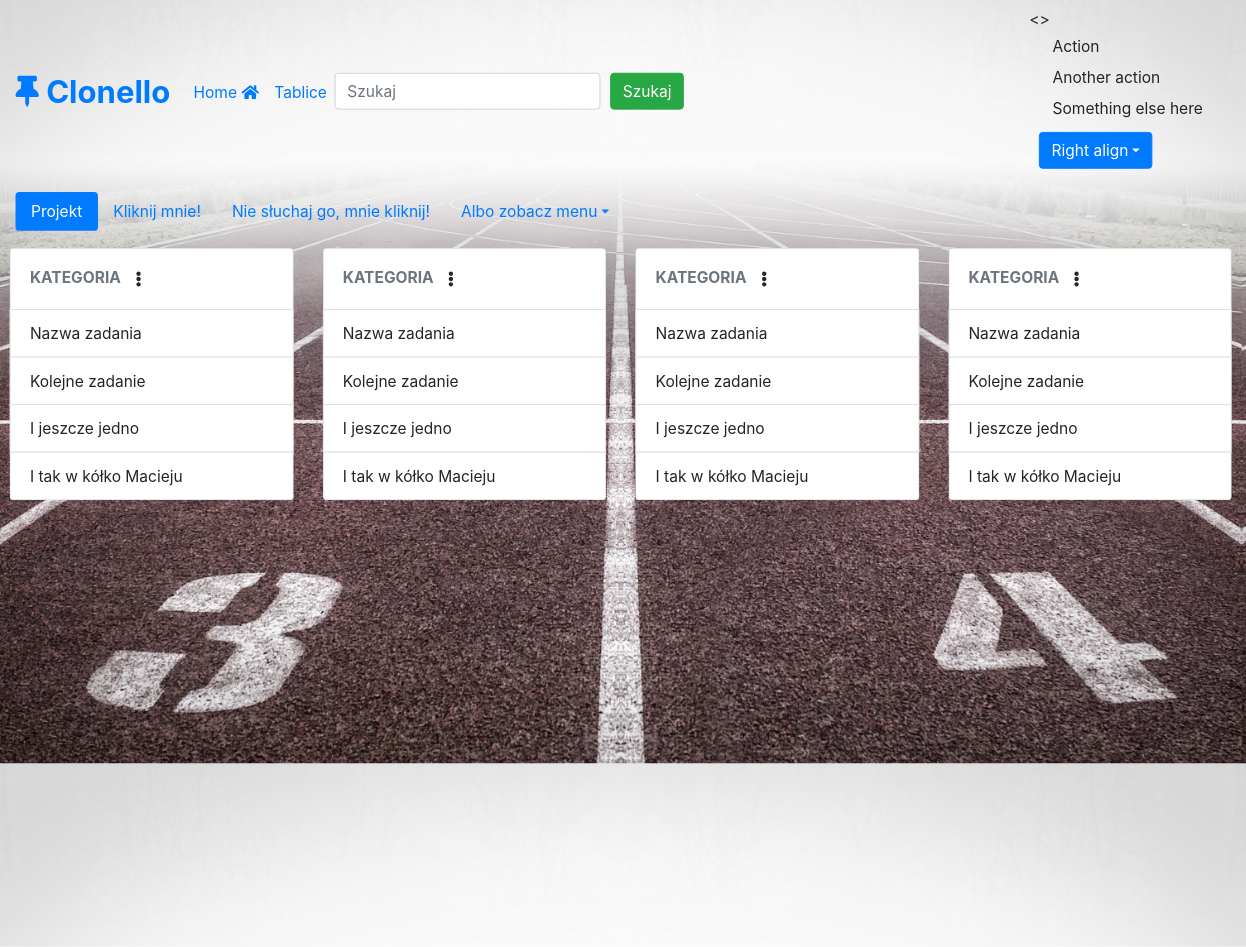
Repository: jnehlt/PAW-lab
Page: / (app in Frontend/clonello/)
The author's editor kept a copy of each file at every save. The page is drawn from the files as they stood at one save, then again after the next save.
The browser window is 1280 px wide. The page is 1285 px wide, so the pictures cover 1285 px, including what lies to the right of the window. The pictures show the whole page, at 97% of full size.
The project was rebuilt for these pictures with package versions that can differ from the ones it lists, and the page was loaded fresh each time.

Above is the page before, as saved 2020-04-24 22:51:16.

### Frontend/clonello/src/main.js
import "@babel/polyfill";
import "mutationobserver-shim";
import Vue from "vue";
import "./plugins/bootstrap-vue";
import App from "./App.vue";
import router from "./router";
import "@fortawesome/fontawesome-free/css/all.css";
import "@fortawesome/fontawesome-free/js/all.js";

Vue.config.productionTip = false;

new Vue({
  router,
  render: h => h(App)
}).$mount("#app");

### Frontend/clonello/src/App.vue
<template>
  <div id="app">
    <topheader></topheader>
    <projectheader></projectheader>

    <div class="row">
        <maincard></maincard>
        <maincard></maincard>
        <maincard></maincard>
        <maincard></maincard>
        <maincard></maincard>
        <maincard></maincard>
        <maincard></maincard>
        <maincard></maincard>
    </div>
    <router-view />
  </div>
</template>

<script>
import TopHeader from "@/components/TopHeader.vue";
import ProjectHeader from "@/components/ProjectHeader.vue";
import MainCard from "@/components/MainCard.vue";

export default {
  components: {
    "topheader": TopHeader,
    "projectheader": ProjectHeader,
    "maincard": MainCard
  }
};
</script>

<style lang="scss">

body {
    background-image: url("../src/assets/running-track-sn-3000x2001.jpg");
    background-size: cover;
    background-position: center;
}

.dropdown-header {
    font-size: larger;
    font-weight: bolder;
}

html, body {
    height: 100%;
}

.list-head {
    font-weight: bolder;
    text-transform: uppercase;
}

.btn {
    margin-left: 2px;
}


.row {
  display: flex;
  flex-wrap: nowrap;
  overflow-x: auto;
  margin-left: -5px;
  margin-right: -5px;
  margin-top: 10px;
  height: 100vh;
}

::-webkit-scrollbar {
  height: 4px;              /* height of horizontal scrollbar ← You're missing this */
  width: 4px;               /* width of vertical scrollbar */
  border: 1px solid #d5d5d5;
  margin-left: -5px;
  margin-right: -5px;
}


</style>

### Frontend/clonello/src/components/TopHeader.vue
<template>
  <div>
    <nav class="navbar navbar-expand-lg">
      <a class="navbar-brand" href="#"><i class="fas fa-thumbtack"></i> Clonello</a>
      <button class="navbar-toggler navbar-dark" type="button" data-toggle="collapse" data-target="#navbarNav" aria-controls="navbarNav" aria-expanded="false" aria-label="Toggle navigation">
          <span class="navbar-toggler-icon"></span>
      </button>
      <div class="collapse navbar-collapse" id="navbarNav">
        <ul class="navbar-nav mr-auto">
          <li class="nav-item">
            <a class="nav-link" href="#">Home <i class="fas fa-home"></i></a>
          </li>
          <li class="nav-item">
            <a class="nav-link" href="#">Tablice</a>
          </li>
          <li class="nav-item">
            <form class="form-inline my-2 my-lg-0">
              <input class="form-control mr-sm-2" type="search" placeholder="Szukaj" aria-label="Search">
              <button class="btn btn-success my-2 my-sm-0" type="submit">Szukaj</button>
            </form>
          </li>
        </ul>
        <ul class="navbar-right navbar-nav">
          <li>
            <b-dropdown id="dropdown-right" right text="Dodaj" variant="success" class="m-2" <>
              <b-dropdown-item href="#">Action</b-dropdown-item>
              <b-dropdown-item href="#">Another action</b-dropdown-item>
              <b-dropdown-item href="#">Something else here</b-dropdown-item>
            </b-dropdown>
            <b-dropdown id="dropdown-right" right text="Right align" variant="primary" class="m-2">
              <b-dropdown-item href="#">Action</b-dropdown-item>
              <b-dropdown-item href="#">Another action</b-dropdown-item>
              <b-dropdown-item href="#">Something else here</b-dropdown-item>
            </b-dropdown>
          </li>
        </ul>
      </div>
    </nav>
  </div>
  <!-- class="btn btn-success" type="button" data-toggle="collapse" data-target="#collapseAdd" aria-expanded="false" aria-controls="collapseAdd">Dodaj <i class="fas fa-plus"></i>
            </button> -->
</template>

<script>



export default {

};
</script>

<!-- Add "scoped" attribute to limit CSS to this component only -->
<style scoped lang="scss">
.navbar-brand {
    font-weight: bolder;
    font-size: 2em;
}

.navbar {
    background-color: transparent;
}

.navbar-toggler {
    background-color: #4e555b;
}
</style>

### Frontend/clonello/src/components/ProjectHeader.vue
<template>
  <div>
      <div class="navbar navbar-expand-lg">
      <ul class="nav nav-pills nav-fill">
        <li class="nav-item">
          <a class="nav-link active" href="#">Projekt</a>
        </li>
        <li class="nav-item">
          <a class="nav-link" href="#">Kliknij mnie!</a>
        </li>
        <li class="nav-item">
          <a class="nav-link" href="#">Nie słuchaj go, mnie kliknij!</a>
        </li>
        <li class="nav-item dropdown">
          <a class="nav-link dropdown-toggle" data-toggle="dropdown" href="#" role="button" aria-haspopup="true" aria-expanded="false">Albo zobacz menu</a>
          <div class="dropdown-menu">
            <h5 class="dropdown-header">Menu</h5>
            <div class="dropdown-divider"></div>
            <a class="dropdown-item" href="#">No dobra</a>
            <a class="dropdown-item" href="#">Trochę zamieszania</a>
            <a class="dropdown-item" href="#">Dziwnie wyszło</a>
            <a class="dropdown-item" href="#">Ale klinkij tamte</a>
          </div>
        </li>
      </ul>
    </div>
  </div>
</template>

<script>
export default {

}
</script>

<style>
.navbar-brand {
    font-weight: bolder;
    font-size: 2em;
}

.navbar {
    background-color: transparent;
}

.navbar-toggler {
    background-color: #4e555b;
}
</style>

### Frontend/clonello/src/components/MainCard.vue
<template>
        <div class="col-3 col-md-3 col-sm-3">
            <ul class="list-group">
                <li class="list-group-item disabled list-head" aria-disabled="true">Kategoria<button class="btn btn-kropki"><i class="fas fa-ellipsis-v"></i></button></li>
                <li class="list-group-item">Nazwa zadania</li>
                <li class="list-group-item">Kolejne zadanie</li>
                <li class="list-group-item">I jeszcze jedno</li>
                <li class="list-group-item">I tak w kółko Macieju</li>
            </ul>
        </div>

</template>

<script>
export default {

}
</script>

<style>

</style>

### Frontend/clonello/src/views/Home.vue
<template>
  <div class="home"></div>
</template>

<script>
// @ is an alias to /src
export default {
  name: "Home",
  components: {}
};
</script>

Loaded but not shown: Frontend/clonello/public/index.html (common file); Frontend/clonello/src/plugins/bootstrap-vue.js (common file); Frontend/clonello/src/router/index.js (common file)

After the next save:
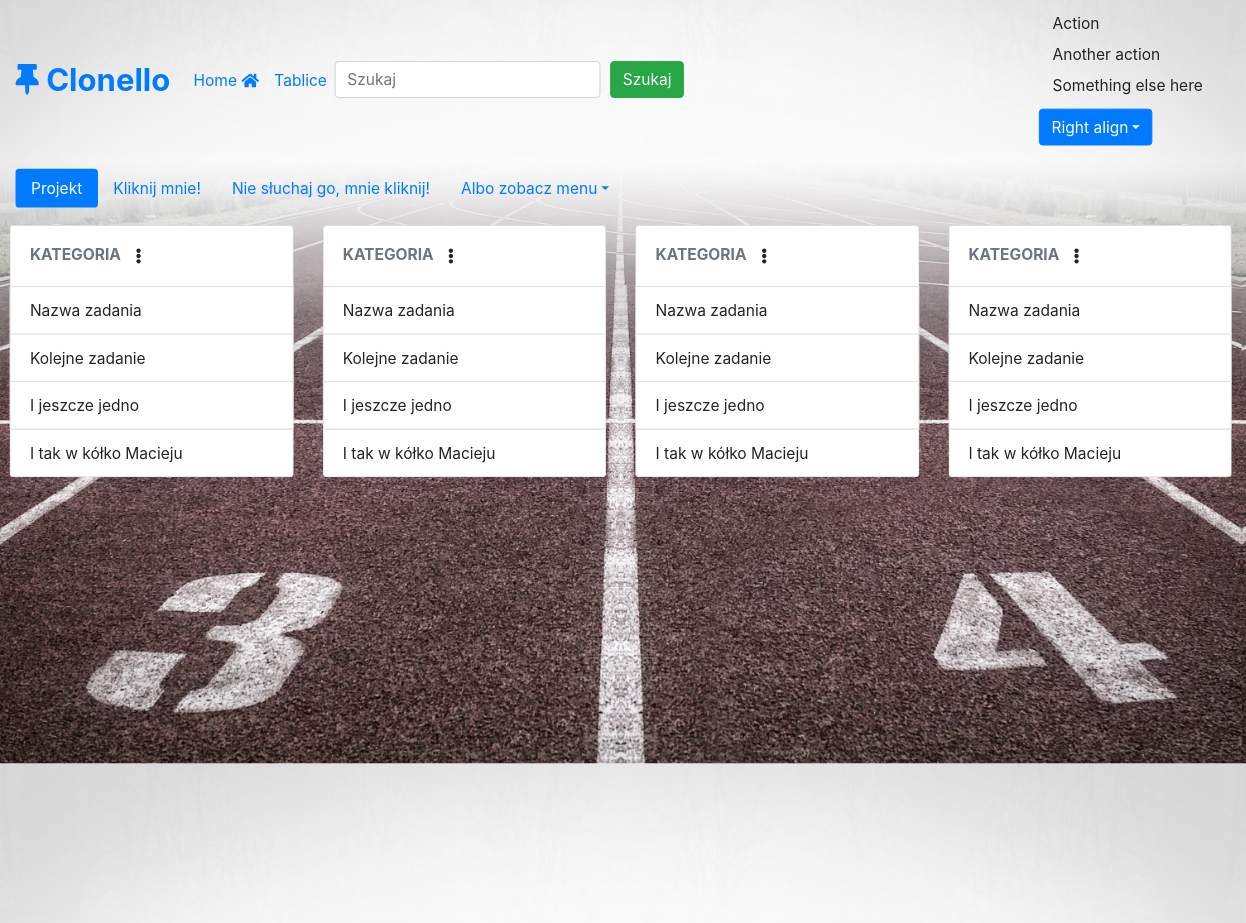
Saved 4 s later.
--- a/Frontend/clonello/src/components/TopHeader.vue
+++ b/Frontend/clonello/src/components/TopHeader.vue
@@ -22,7 +22,7 @@
         </ul>
         <ul class="navbar-right navbar-nav">
           <li>
-            <b-dropdown id="dropdown-right" right text="Dodaj" variant="success" class="m-2" <>
+            <b-dropdown id="dropdown-right" right text="Dodaj" variant="success" class="m-2"
               <b-dropdown-item href="#">Action</b-dropdown-item>
               <b-dropdown-item href="#">Another action</b-dropdown-item>
               <b-dropdown-item href="#">Something else here</b-dropdown-item>
